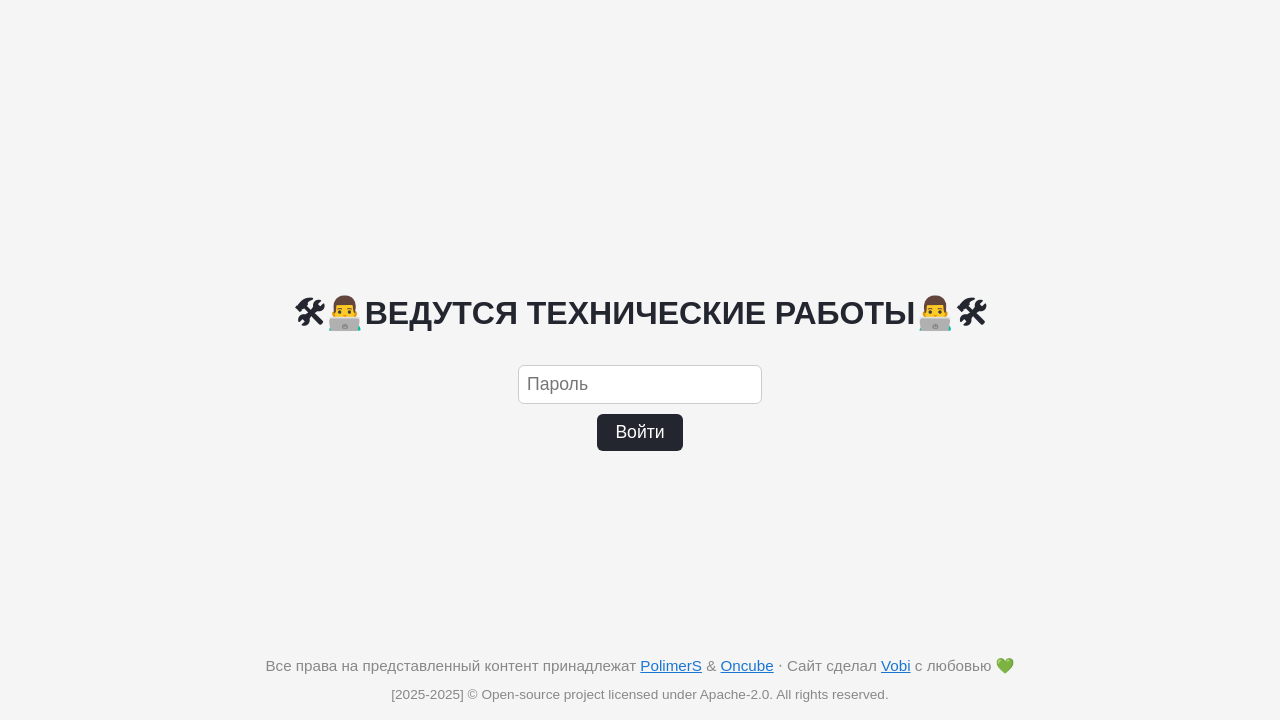
Repository: oncube-dev/OnCube-dev_website
Page: files_for_hosting/html_plus_js.version/index.html
These files come from the project's save history. The page is drawn as it stood at one moment and after the next save; the edit follows.
The browser window is 1280 px wide. The pictures show the whole page.

Above is the page before, as saved 2025-07-28 16:09:28.

### files_for_hosting/html_plus_js.version/index.html
<!DOCTYPE html>
<html lang="ru">
<head>
    <meta charset="UTF-8">
    <title>Полимер, когда видео?</title>
    <link rel="stylesheet" href="style.css">
    <style>
        body { transition: background 0.2s, color 0.2s; }
        #auth-copyright {
            position: absolute;
            left: 0;
            right: 0;
            bottom: 24px;
            text-align: center;
            font-size: 0.85em;
            color: #888;
            width: 100%;
            pointer-events: none;
        }
        .footer-note {
            position: fixed;
            left: 0;
            right: 0;
            bottom: 45px;
            text-align: center;
            font-size: 0.95em;
            color: #888;
            width: 100vw;
            z-index: 101;
            background: none;
            pointer-events: none;
        }
        #auth-copyright {
            position: fixed;
            left: 0;
            right: 0;
            bottom: 18px;
            text-align: center;
            font-size: 0.85em;
            color: #888;
            width: 100vw;
            pointer-events: none;
            z-index: 100;
        }
    </style>
</head>
<body>
    <div id="auth-container" style="display:flex; flex-direction:column; align-items:center; justify-content:center; min-height:100vh; position:relative;">
        <h1>🛠👨‍💻ВЕДУТСЯ ТЕХНИЧЕСКИЕ РАБОТЫ👨‍💻🛠</h1>
        <input type="password" id="password-input" placeholder="Пароль" style="padding:8px; font-size:1.1em; margin-bottom:10px; border-radius:6px; border:1px solid #ccc;">
        <button id="login-btn" style="padding:8px 18px; font-size:1.1em; border-radius:6px; border:none; background:#23262f; color:#fff; cursor:pointer;">Войти</button>
        <div id="auth-error" style="color:#d32f2f; margin-top:10px; display:none;">Неверный пароль!</div>
    </div>
    <div id="main-content" style="display:none;">
        <div class="timer-container">
            <h1>С момента выхода последнего видео PolimerS прошло:</h1>
            <div id="timer">Загрузка...</div>
        </div>
    </div>
    <footer class="footer-note">
        Все права на представленный контент принадлежат <a href="https://www.youtube.com/@PolimerS" target="_blank" style="text-decoration:underline;">PolimerS</a> & <a href="https://github.com/oncube-dev" target="_blank" style="text-decoration:underline;">Oncube</a> ⋅ Сайт сделал <a href="https://vobi.bio.link/" target="_blank" style="text-decoration:underline;">Vobi</a> с любовью 💚
    </footer>
    <div id="auth-copyright">[2025-2025] © Open-source project licensed under Apache-2.0. All rights reserved.</div>
    <script src="password.js"></script>
    <script>
        const authContainer = document.getElementById('auth-container');
        const mainContent = document.getElementById('main-content');
        const loginBtn = document.getElementById('login-btn');
        const passwordInput = document.getElementById('password-input');
        const authError = document.getElementById('auth-error');
        function loadInfoScript() {
            const s = document.createElement('script');
            s.src = 'info_script.js';
            document.body.appendChild(s);
        }
        function tryLogin() {
            if (typeof AUTH_PASSWORD !== 'undefined' && passwordInput.value === AUTH_PASSWORD) {
                authContainer.style.display = 'none';
                mainContent.style.display = '';
                loadInfoScript();
            } else {
                authError.style.display = 'block';
                passwordInput.value = '';
                passwordInput.focus();
            }
        }
        loginBtn.onclick = tryLogin;
        passwordInput.addEventListener('keydown', function(e) {
            if (e.key === 'Enter') tryLogin();
        });
    </script>
</body>
</html>

### files_for_hosting/html_plus_js.version/style.css
body {
    background: #181a20;
    color: #f1f1f1;
    font-family: Arial, sans-serif;
    margin: 0;
    padding: 0;
    height: 100vh;
    display: flex;
    align-items: center;
    justify-content: center;
}

.timer-container {
    background: #23262f;
    padding: 40px 60px;
    border-radius: 16px;
    box-shadow: 0 4px 24px rgba(0,0,0,0.32);
    text-align: center;
    color: #f1f1f1;
}

.timer-container h1 {
    font-size: 2rem;
    font-weight: bold;
    color: #f1f1f1;
}

#timer {
    font-size: 3.5rem;
    font-weight: bold;
    margin-top: 8px;
    color: #111;
    letter-spacing: 1px;
}

.footer-note {
    font-size: 0.85rem;
    color: #aaa;
    text-align: center;
    position: fixed;
    left: 0;
    width: 100vw;
    bottom: 20px;
    margin: 0;
    z-index: 100;
    box-sizing: border-box;
}

.footer-note a {
    color: #339cff;
    text-decoration: underline;
}

.theme-toggle-btn {
    position: fixed;
    right: 24px;
    bottom: 80px;
    z-index: 200;
    background: #23262f;
    color: #ffe066;
    border: none;
    border-radius: 50%;
    width: 48px;
    height: 48px;
    font-size: 1.7rem;
    cursor: pointer;
    box-shadow: 0 2px 8px rgba(0,0,0,0.18);
    transition: background 0.2s, color 0.2s;
}
.theme-toggle-btn:hover {
    background: #ffe066;
    color: #23262f;
}

body {
    background: #f5f5f5;
    color: #23262f;
}
.timer-container {
    background: #fff;
    color: #23262f;
    box-shadow: 0 4px 24px rgba(0,0,0,0.08);
}
.timer-container h1 {
    color: #23262f;
}
#timer {
    color: #111;
}
.footer-note {
    color: #888;
}
.footer-note a {
    color: #1976d2;
}

body.dark-theme {
    background: #181a20;
    color: #f1f1f1;
}
.dark-theme .timer-container {
    background: #23262f;
    color: #f1f1f1;
    box-shadow: 0 4px 24px rgba(0,0,0,0.32);
}
.dark-theme .timer-container h1 {
    color: #f1f1f1;
}
.dark-theme #timer {
    color: #fff;
}
.dark-theme .footer-note {
    color: #aaa;
}
.dark-theme .footer-note a {
    color: #339cff;
}
.dark-theme .theme-toggle-btn {
    background: #fff;
    color: #23262f;
}
.dark-theme .theme-toggle-btn:hover {
    background: #23262f;
    color: #ffe066;
}

### files_for_hosting/html_plus_js.version/password.js
const AUTH_PASSWORD = 'PS';

After the next save:
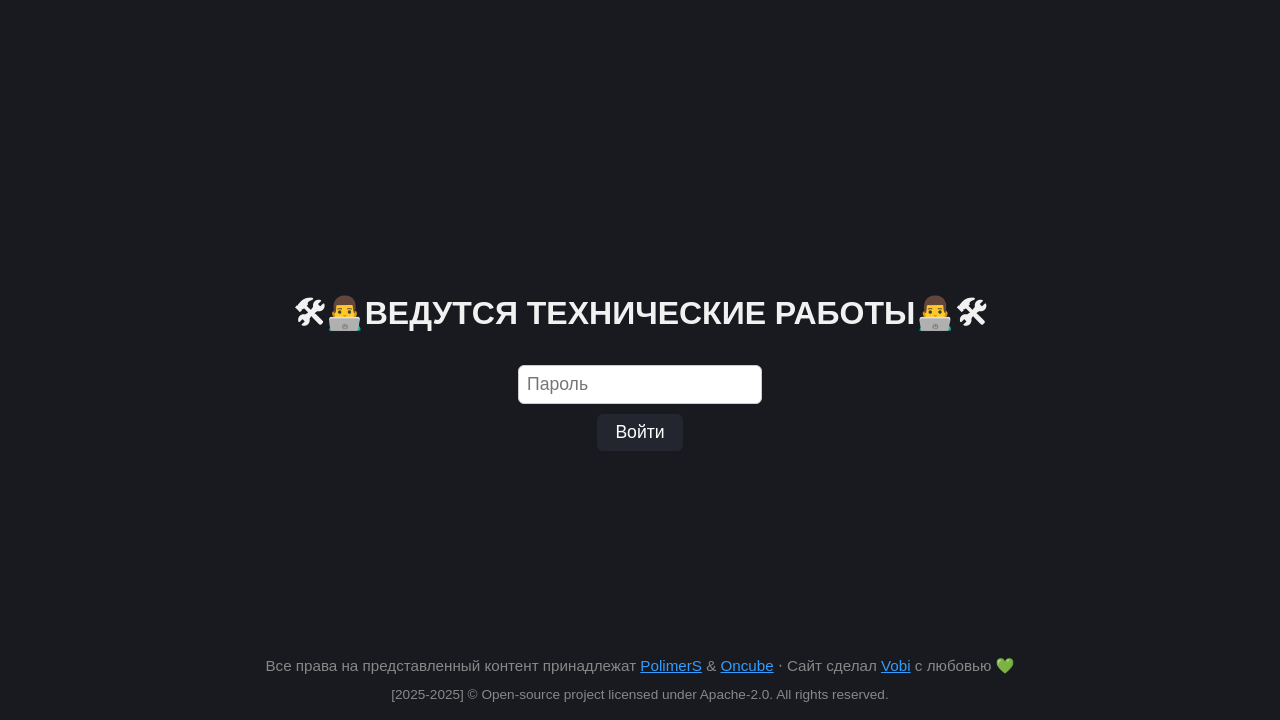
Saved 8 s later.
--- a/files_for_hosting/html_plus_js.version/style.css
+++ b/files_for_hosting/html_plus_js.version/style.css
@@ -29,7 +29,7 @@
     font-size: 3.5rem;
     font-weight: bold;
     margin-top: 8px;
-    color: #111;
+    color: #fff;
     letter-spacing: 1px;
 }
 
@@ -40,7 +40,7 @@
     position: fixed;
     left: 0;
     width: 100vw;
-    bottom: 20px;
+    bottom: 45px;
     margin: 0;
     z-index: 100;
     box-sizing: border-box;
@@ -51,75 +51,15 @@
     text-decoration: underline;
 }
 
-.theme-toggle-btn {
+#auth-copyright {
     position: fixed;
-    right: 24px;
-    bottom: 80px;
-    z-index: 200;
-    background: #23262f;
-    color: #ffe066;
-    border: none;
-    border-radius: 50%;
-    width: 48px;
-    height: 48px;
-    font-size: 1.7rem;
-    cursor: pointer;
-    box-shadow: 0 2px 8px rgba(0,0,0,0.18);
-    transition: background 0.2s, color 0.2s;
+    left: 0;
+    right: 0;
+    bottom: 18px;
+    text-align: center;
+    font-size: 0.85em;
+    color: #888;
+    width: 100vw;
+    pointer-events: none;
+    z-index: 100;
 }
-.theme-toggle-btn:hover {
-    background: #ffe066;
-    color: #23262f;
-}
-
-body {
-    background: #f5f5f5;
-    color: #23262f;
-}
-.timer-container {
-    background: #fff;
-    color: #23262f;
-    box-shadow: 0 4px 24px rgba(0,0,0,0.08);
-}
-.timer-container h1 {
-    color: #23262f;
-}
-#timer {
-    color: #111;
-}
-.footer-note {
-    color: #888;
-}
-.footer-note a {
-    color: #1976d2;
-}
-
-body.dark-theme {
-    background: #181a20;
-    color: #f1f1f1;
-}
-.dark-theme .timer-container {
-    background: #23262f;
-    color: #f1f1f1;
-    box-shadow: 0 4px 24px rgba(0,0,0,0.32);
-}
-.dark-theme .timer-container h1 {
-    color: #f1f1f1;
-}
-.dark-theme #timer {
-    color: #fff;
-}
-.dark-theme .footer-note {
-    color: #aaa;
-}
-.dark-theme .footer-note a {
-    color: #339cff;
-}
-.dark-theme .theme-toggle-btn {
-    background: #fff;
-    color: #23262f;
-}
-.dark-theme .theme-toggle-btn:hover {
-    background: #23262f;
-    color: #ffe066;
-}
